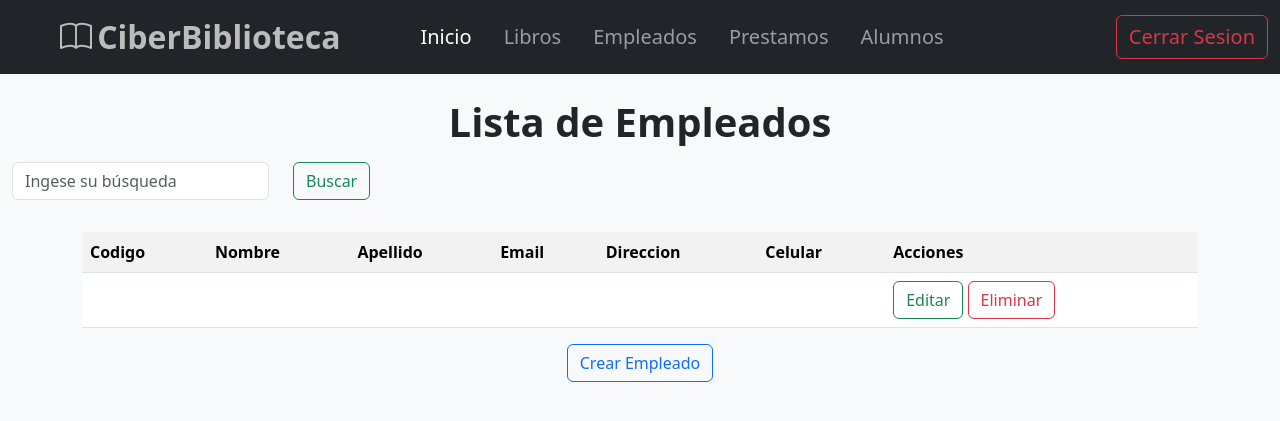
Repository: WilmerOcampo/LP1_Biblioteca
Page: http://localhost/Proyecto/listaEmpleados.jsp
The author's editor kept a copy of each file at every save. The page is drawn from the files as they stood at one save, then again after the next save.
The browser window is 1280 px wide. The pictures show the whole page.
The page is served by Tomcat 10. Other server files are loaded and not shown.

Above is the page before, as saved 2023-05-31 15:40:48.

### Proyecto/src/main/webapp/listaEmpleados.jsp
<%@ page language="java" contentType="text/html; charset=ISO-8859-1"
    pageEncoding="ISO-8859-1"%>
<!DOCTYPE html>
<html>
<head>
<meta charset="ISO-8859-1">
<title>Empleados</title>
<link href="https://cdn.jsdelivr.net/npm/bootstrap@5.3.0-alpha3/dist/css/bootstrap.min.css" rel="stylesheet"
    integrity="sha384-KK94CHFLLe+nY2dmCWGMq91rCGa5gtU4mk92HdvYe+M/SXH301p5ILy+dN9+nJOZ" crossorigin="anonymous">
<link rel="stylesheet" href="https://cdn.jsdelivr.net/npm/bootstrap-icons@1.8.1/font/bootstrap-icons.css">
</head>

<body class="bg-light">

    <!-- Inicio del menu -->
      <nav class="navbar navbar-expand-md navbar-dark bg-dark">
        <div class="container-fluid">

        <!-- icono o nombre -->
        <a class="navbar-brand" href="#" style="padding-left: 3rem; padding-right: 3rem;">
            <i class="bi bi-book" style="font-size: 2rem; color:#bbb"></i>
            <span style="font-size: 2rem; color:#bbb"><b>CiberBiblioteca</b></span>
          </a>

        <!-- boton del menu -->
        <button class="navbar-toggler" type="button" data-bs-toggle="collapse" data-bs-target="#menu" aria-controls="navbarSupportedContent" aria-expanded="false" aria-label="Toggle navigation">
            <span class="navbar-toggler-icon"></span>
        </button>

          <!-- elementos del menu colapsable -->
        <div class="collapse navbar-collapse" id="menu">
            <ul class="navbar-nav me-auto" style="font-size: 20px">
                  <li class="nav-item" style="margin:0 0.5rem">
                    <a class="nav-link active" aria-current="page" href="index.jsp">Inicio</a>
                  </li>
                  <li class="nav-item" style="margin:0 0.5rem">
                    <a class="nav-link" href="listaLibros.jsp">Libros</a>
                  </li>
                  <li class="nav-item" style="margin:0 0.5rem">
                    <a class="nav-link" href="listaEmpleados.jsp">Empleados</a>
                  </li>
                  <li class="nav-item" style="margin:0 0.5rem">
                    <a class="nav-link" href="listaPrestamos.jsp">Prestamos</a>
                  </li>
                  <li class="nav-item" style="margin:0 0.5rem">
                    <a class="nav-link" href="listaAlumnos.jsp">Alumnos</a>
                  </li>
                 </ul>

          <hr class="d-md-none text-white-50">

         <!--boton Informacion -->
          <form class="d-flex">
            <button class="btn btn-outline-danger d-none d-md-inline-block " type="submit" style="font-size: 20px;">Cerrar Sesion</button>
          </form>
        </div>
        </div>
      </nav>

	<br>
    <h1 class="d-flex justify-content-center"><strong>Lista de Empleados</strong></h1>

    <nav class="navbar">
        <div class="container-fluid">
            <form class="d-flex" role="search">
                <input class="form-control me-4" type="search" placeholder="Ingese su búsqueda" aria-label="Search">
                <button class="btn btn-outline-success" type="submit">Buscar</button>
            </form>
        </div>
    </nav><br>

    <div class="container">

        <table class="table table-striped">
            <tr>
                <th scope="col">Codigo</th>
                <th scope="col">Nombre</th>
                <th scope="col">Apellido</th>
                <th scope="col">Email</th>
                <th scope="col">Direccion</th>
                <th scope="col">Celular</th>
                <th scope="col">Acciones</th>
            </tr>

            <tr>
                <th></th>
                <td></td>
                <td></td>
                <td></td>
                <td></td>
                <td></td>
                <td><a class="btn btn-outline-success" href="">Editar</a>
                    <a class="btn btn-outline-danger" href="#" onclick="confirmarEliminacion()">Eliminar</a>
                </td>
            </tr>
        </table>

        <div class="d-flex justify-content-center">
            <input class="btn btn-outline-primary" type="button" value="Crear Empleado"
                onclick="window.location.href='registrarEmpleado.jsp'">
        </div>

    </div>

    <script src="https://cdn.jsdelivr.net/npm/bootstrap@5.3.0-alpha3/dist/js/bootstrap.bundle.min.js"
        integrity="sha384-ENjdO4Dr2bkBIFxQpeoTz1HIcje39Wm4jDKdf19U8gI4ddQ3GYNS7NTKfAdVQSZe"
        crossorigin="anonymous"></script>

<script>
	function confirmarEliminacion(codigo) {
		if (confirm("¿Estás seguro de que deseas eliminar este registro?")) {
			window.location.href = "ControladorClientes?instruccion=eliminar&codigo=" + codigo;
		}
	}
</script>

</body>
</html>

After the next save:
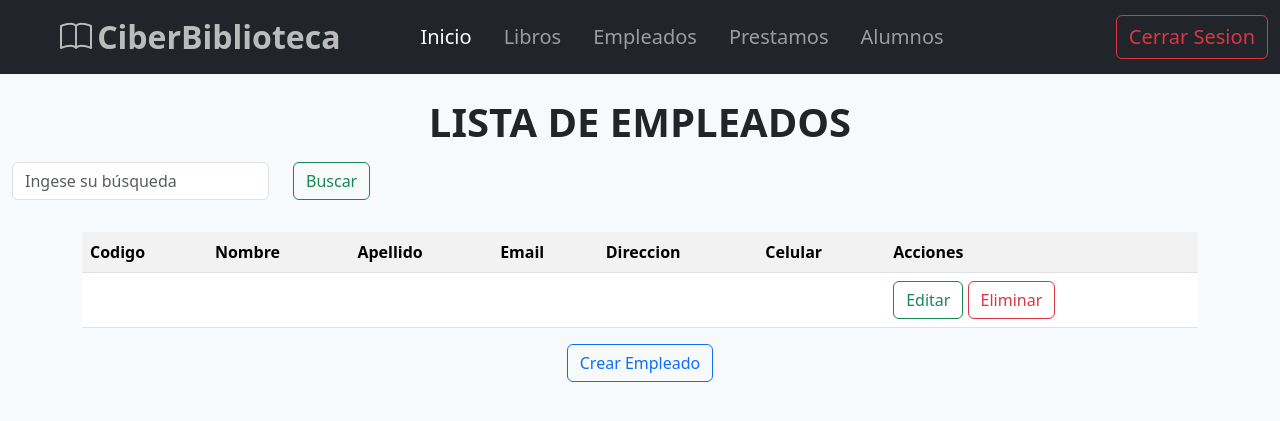
Saved 11 s later.
--- a/Proyecto/src/main/webapp/listaEmpleados.jsp
+++ b/Proyecto/src/main/webapp/listaEmpleados.jsp
@@ -58,7 +58,7 @@
       </nav>
 
 	<br>
-    <h1 class="d-flex justify-content-center"><strong>Lista de Empleados</strong></h1>
+    <h1 class="d-flex justify-content-center" style="text-transform: uppercase;"><strong>Lista de Empleados</strong></h1>
 
     <nav class="navbar">
         <div class="container-fluid">
